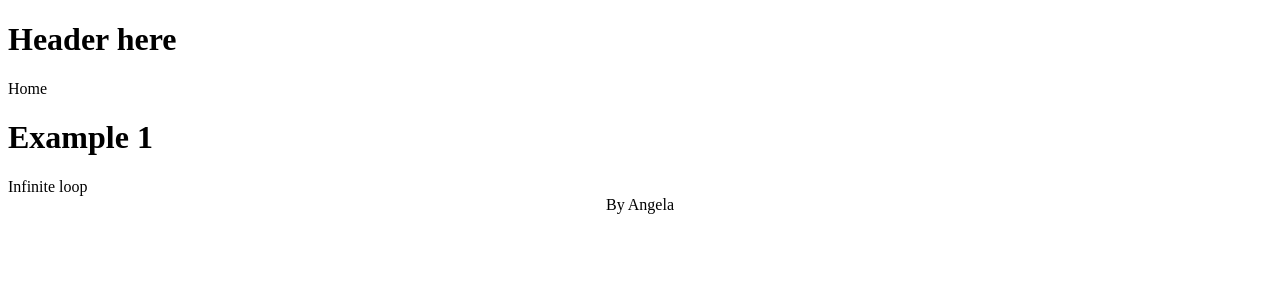
Repository: y-w-lee/class-3
Page: /ExampleOne
An editor plug-in stored every save of this project. The page is shown before and after the next save, followed by the edit.
The browser window is 1280 px wide. The pictures show the whole page.
The project was rebuilt for these pictures with package versions that can differ from the ones it lists, and the page was loaded fresh each time. The framework's server and built-in components were replaced by stand-ins that run in the browser. Also part of the build but not shown: next.config.js.

Above is the page before, as saved 2024-01-17 23:59:59.

After the next save:
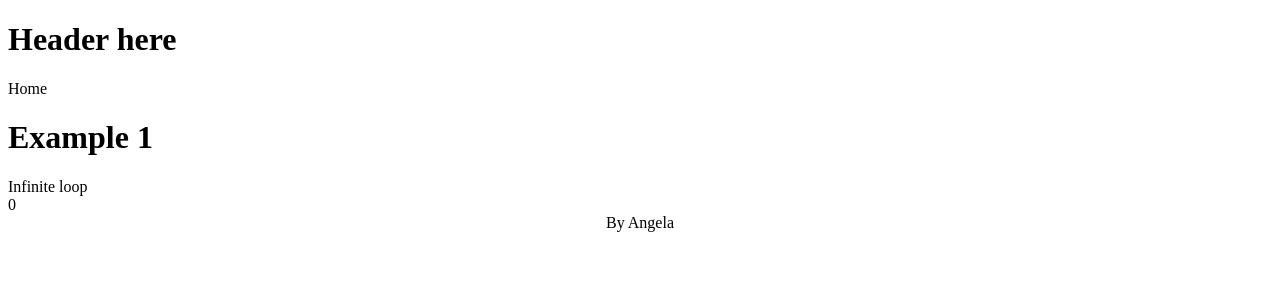
Saved 4 s later.
--- a/pages/ExampleOne.js
+++ b/pages/ExampleOne.js
@@ -15,7 +15,7 @@ export default function ExampleOne () {
         <main>
             <h1>Example 1</h1>
             <div>Infinite loop</div>
-
+            {number}
         </main>
         <Footer/>
         </>
